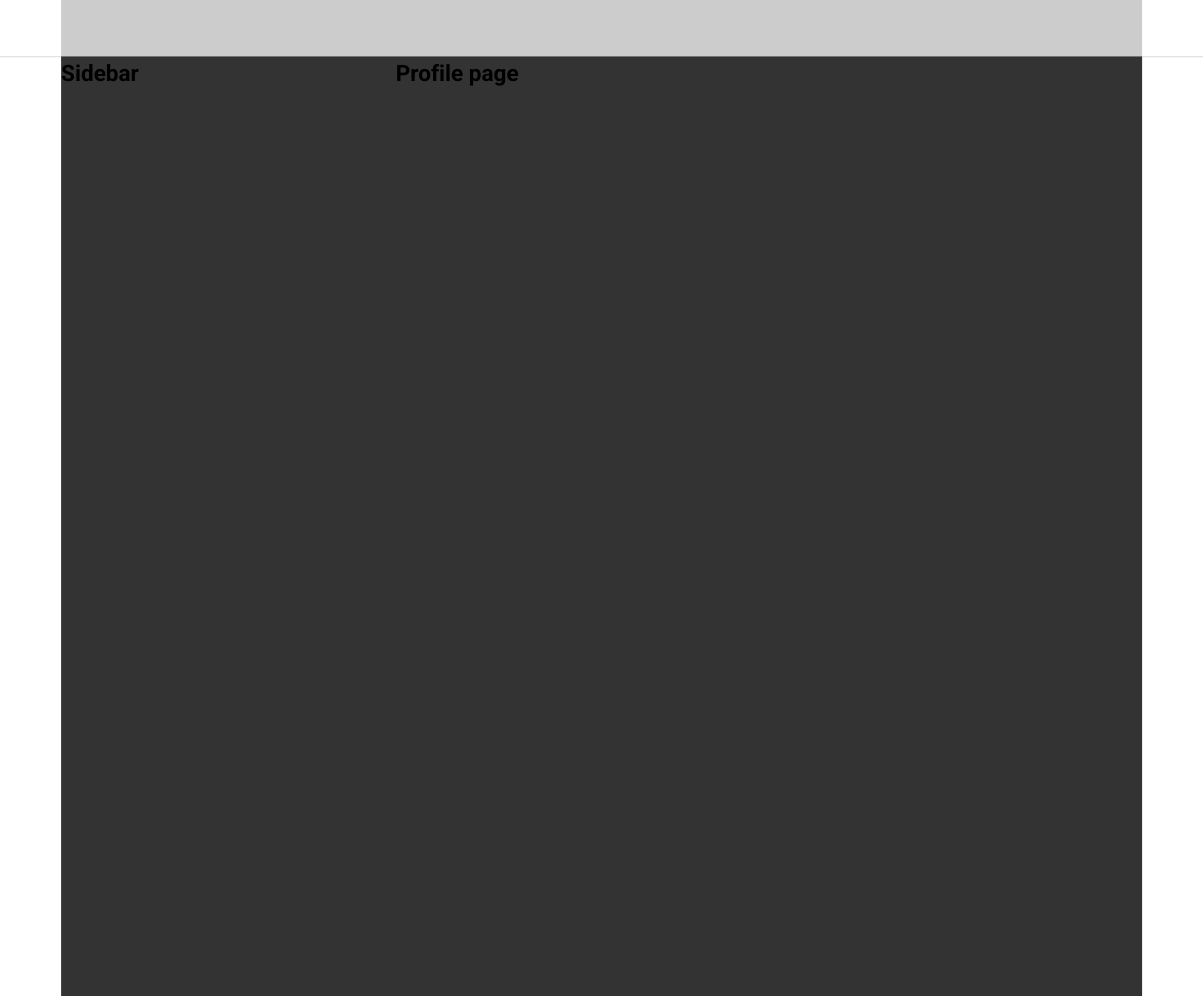
Repository: nguyenhaidang212/tiktok
Page: /profile
The author's editor kept a copy of each file at every save. The page is drawn from the files as they stood at one save, then again after the next save.
The browser window is 1280 px wide. The pictures show the whole page, at 94% of full size.
The project was rebuilt for these pictures with package versions that can differ from the ones it lists, and the page was loaded fresh each time. Also part of the build but not shown: src/pages/Home/index.js, src/pages/Following/index.js, src/pages/Upload/index.js, src/components/Layout/HeaderOnly/index.js, src/pages/Search/index.js.

Above is the page before, as saved 2023-04-27 13:23:26.

### src/App.js
import { BrowserRouter as Router, Routes, Route } from 'react-router-dom';
import { publicRoutes } from '~/routes';
import { DefaultLayout } from '~/components/Layout';
import { Fragment } from 'react';

function App() {
    return (
        <Router>
            <div className="App">
                <Routes>
                    {publicRoutes.map((route, index) => {
                        let Layout = DefaultLayout;
                        if (route.layout) {
                            Layout = route.layout;
                        } else if (route.layout === null) {
                            Layout = Fragment;
                        }
                        const Page = route.component;
                        return (
                            <Route
                                key={index}
                                path={route.path}
                                element={
                                    <Layout>
                                        <Page />
                                    </Layout>
                                }
                            />
                        );
                    })}
                </Routes>
            </div>
        </Router>
    );
}

export default App;

### src/routes/index.js
import Home from '~/pages/Home';
import Following from '~/pages/Following';
import Profile from '~/pages/Profile';
import Upload from '~/pages/Upload';
import { HeaderOnly } from '~/components/Layout/';
import Search from '~/pages/Search';
const publicRoutes = [
    { path: '/', component: Home },
    {
        path: '/following',
        component: Following,
    },
    { path: '/profile', component: Profile },
    { path: '/upload', component: Upload, layout: HeaderOnly },
    { path: '/search', component: Search, layout: null },
];
const privateRoutes = [];

export { publicRoutes, privateRoutes };

### src/components/GlobalStyles/GlobalStyles.scss
@import 'normalize.css';
@import url('https://fonts.googleapis.com/css2?family=Roboto:wght@300;400;500;700&display=swap');

:root {
    --primary: #fe2c55;
}
* {
    margin: 0;
    padding: 0;
    box-sizing: border-box;
}
html {
    font-size: 62.5%;
}
body {
    font-family: 'Roboto', sans-serif;
    font-size: 1.6rem;
    line-height: 1.5;
    text-rendering: optimizeSpeed;
}

### src/pages/Profile/index.js
import React from 'react';

const Profile = () => {
    return <h2>Profile page</h2>;
};

export default Profile;

### src/components/Layout/DefaultLayout/index.js
import React from 'react';
import Header from '~/components/Layout/components/Header';
import Sidebar from './Sidebar';
import styles from './DefaultLayout.module.scss';
import classNames from 'classnames/bind';

const cx = classNames.bind(styles);

export default function DefaultLayout({ children }) {
    return (
        <div className={cx('wrapper')}>
            <Header />
            <div className={cx('container')}>
                <Sidebar />
                <div className={cx('content')}>{children}</div>
            </div>
        </div>
    );
}

### src/components/Layout/components/Header/index.js
import React from 'react';
import styles from './Header.module.scss';
import classNames from 'classnames/bind';

const cx = classNames.bind(styles);

export default function Header() {
    return (
        <header className={cx('wrapper')}>
            <div className={cx('inner')}></div>
        </header>
    );
}

### src/components/Layout/DefaultLayout/Sidebar/index.js
import React from 'react';
import styles from './Sidebar.module.scss';
import classNames from 'classnames/bind';

const cx = classNames.bind(styles);
export default function Sidebar() {
    return (
        <asdie className={cx('wrapper')}>
            <h2>Sidebar</h2>
        </asdie>
    );
}

### src/components/Layout/DefaultLayout/DefaultLayout.module.scss
.wrapper {
    display: flex;
    flex-direction: column;
    align-items: center;
}
.container {
    width: 1150px;
    min-height: 1000px;
    background-color: #333;
    display: flex;
}
.content {
    flex: 1;
}

### src/components/Layout/components/Header/Header.module.scss
.wrapper {
    height: 60px;
    width: 100%;
    box-shadow: 0px 1px 1px rgb(0 0 0/12%);
    display: flex;
    justify-content: center;
}
.inner {
    height: 100%;
    width: 1150px;
    background-color: #ccc;
}

Loaded but not shown: public/index.html (common file); src/index.js (common file); src/reportWebVitals.js (common file); src/components/GlobalStyles/index.js (common file); src/components/Layout/index.js (common file); src/components/Layout/DefaultLayout/Sidebar/Sidebar.module.scss (common file)

After the next save:
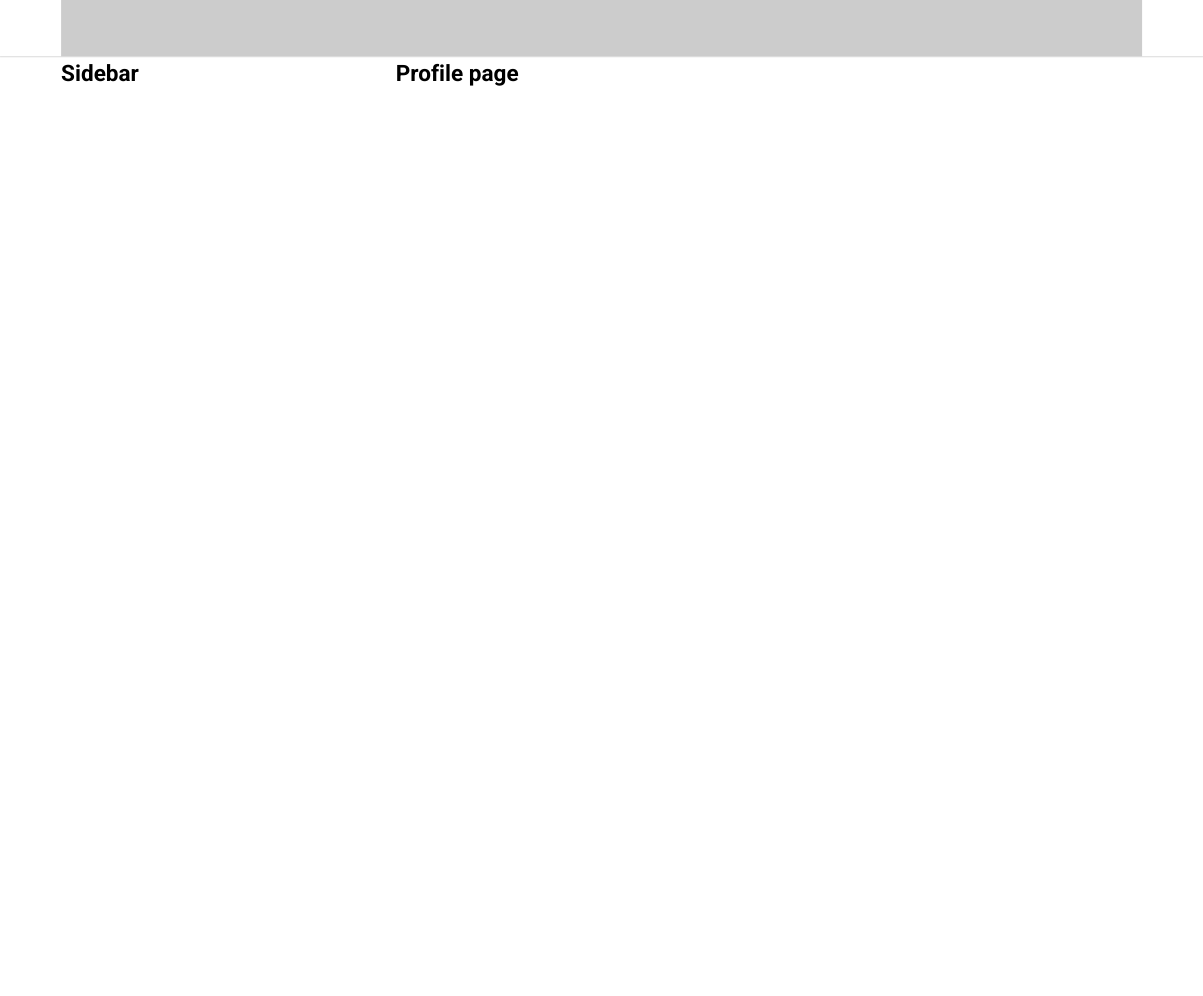
Saved 30 s later.
--- a/src/components/Layout/DefaultLayout/DefaultLayout.module.scss
+++ b/src/components/Layout/DefaultLayout/DefaultLayout.module.scss
@@ -6,7 +6,6 @@
 .container {
     width: 1150px;
     min-height: 1000px;
-    background-color: #333;
     display: flex;
 }
 .content {
